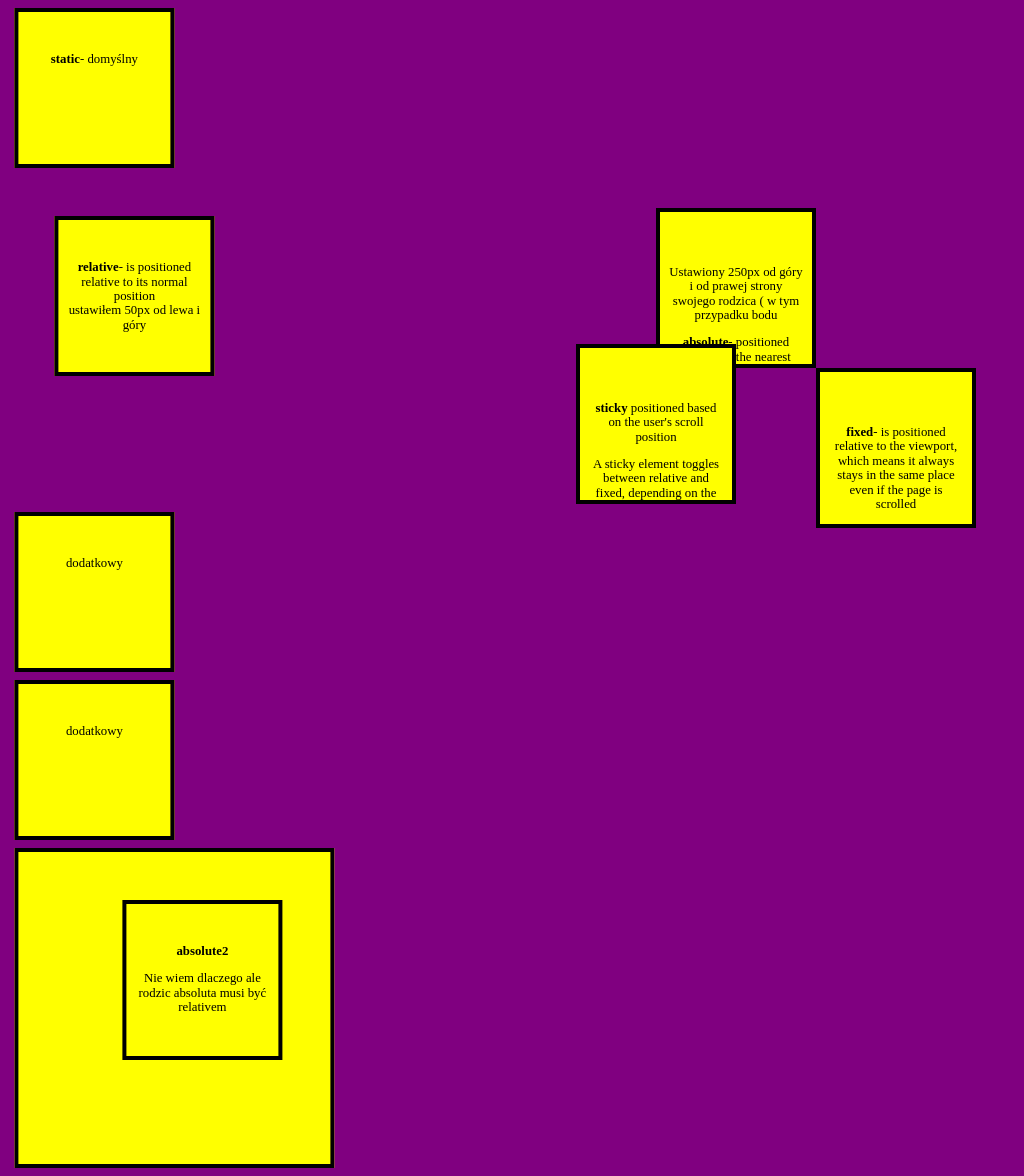
Repository: quenrythane/homepage
Page: CSS positions/CSS-positions.html
An editor plug-in stored every save of this project. The page is shown before and after the next save, followed by the edit.
The browser window is 1280 px wide. The pictures show the whole page, at 80% of full size.

Above is the page before, as saved 2020-10-11 04:21:07.

After the next save:
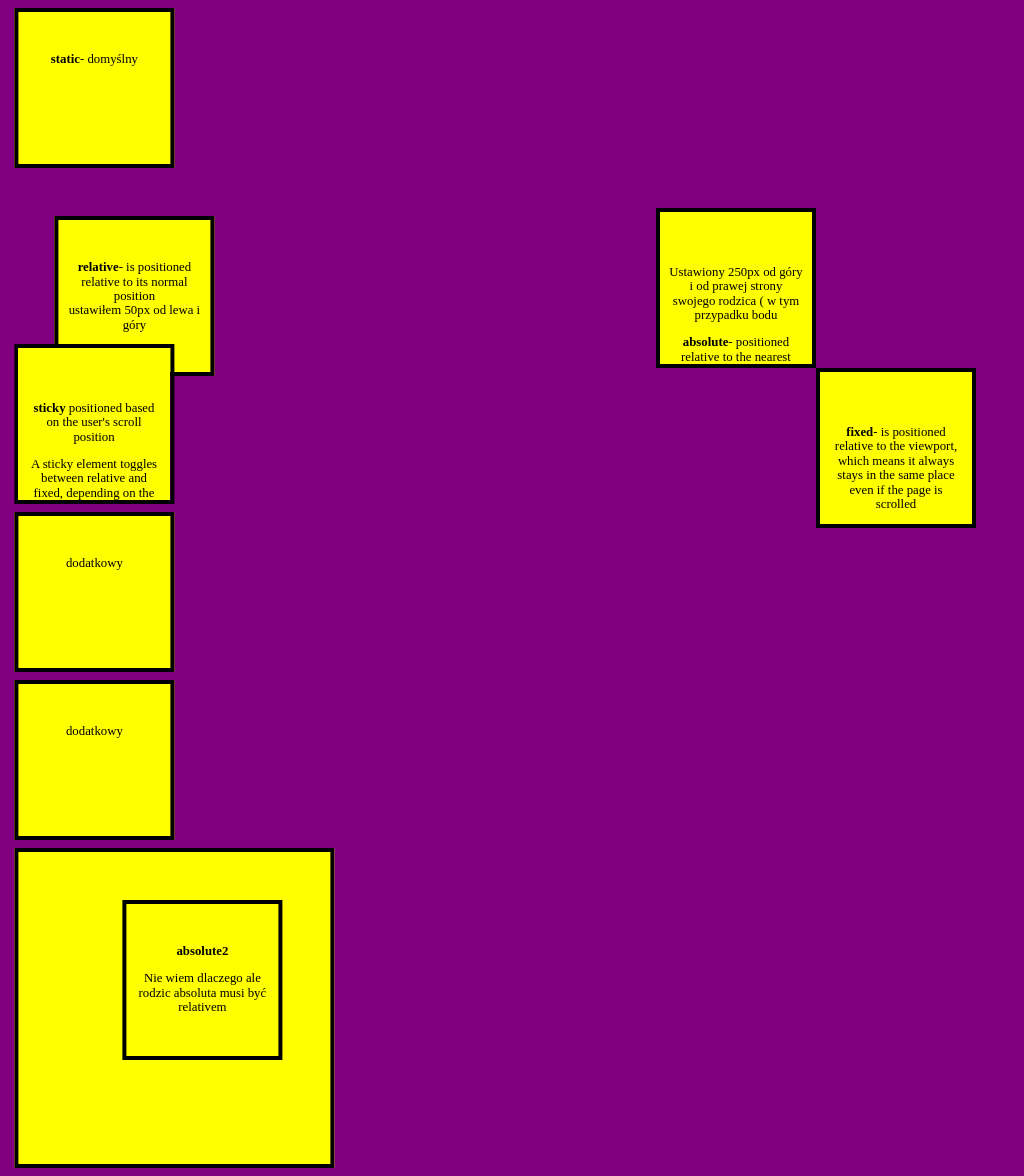
Saved 19 s later.
--- a/CSS positions/CSS-positions.css
+++ b/CSS positions/CSS-positions.css
@@ -50,8 +50,6 @@ body {
 }
 
 .sticky{
-
     top: 100px;
-    left: 100vh;
     position: sticky;
 }
